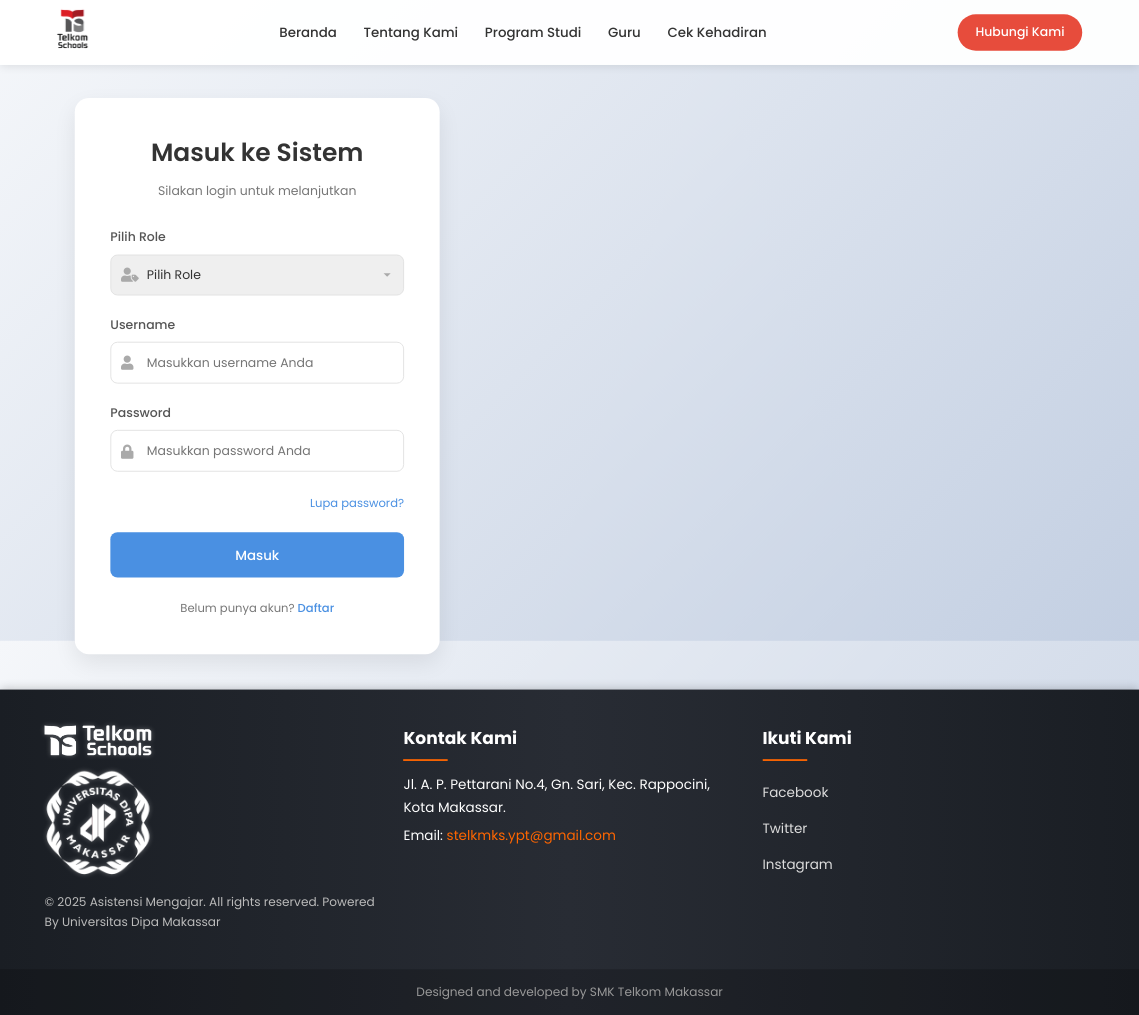
Repository: filperan/absensi-telkom
Page: /login
The author's editor kept a copy of each file at every save. The page is drawn from the files as they stood at one save, then again after the next save.
The browser window is 1280 px wide. The pictures show the whole page, at 89% of full size.
The project was rebuilt for these pictures with package versions that can differ from the ones it lists, and the page was loaded fresh each time. Also part of the build but not shown: src/components/HeroSection.css, src/components/HeroSection.js, src/components/NotFound.js, src/components/LoadingScreen.css.

Above is the page before, as saved 2025-02-18 21:22:17.

After the next save:
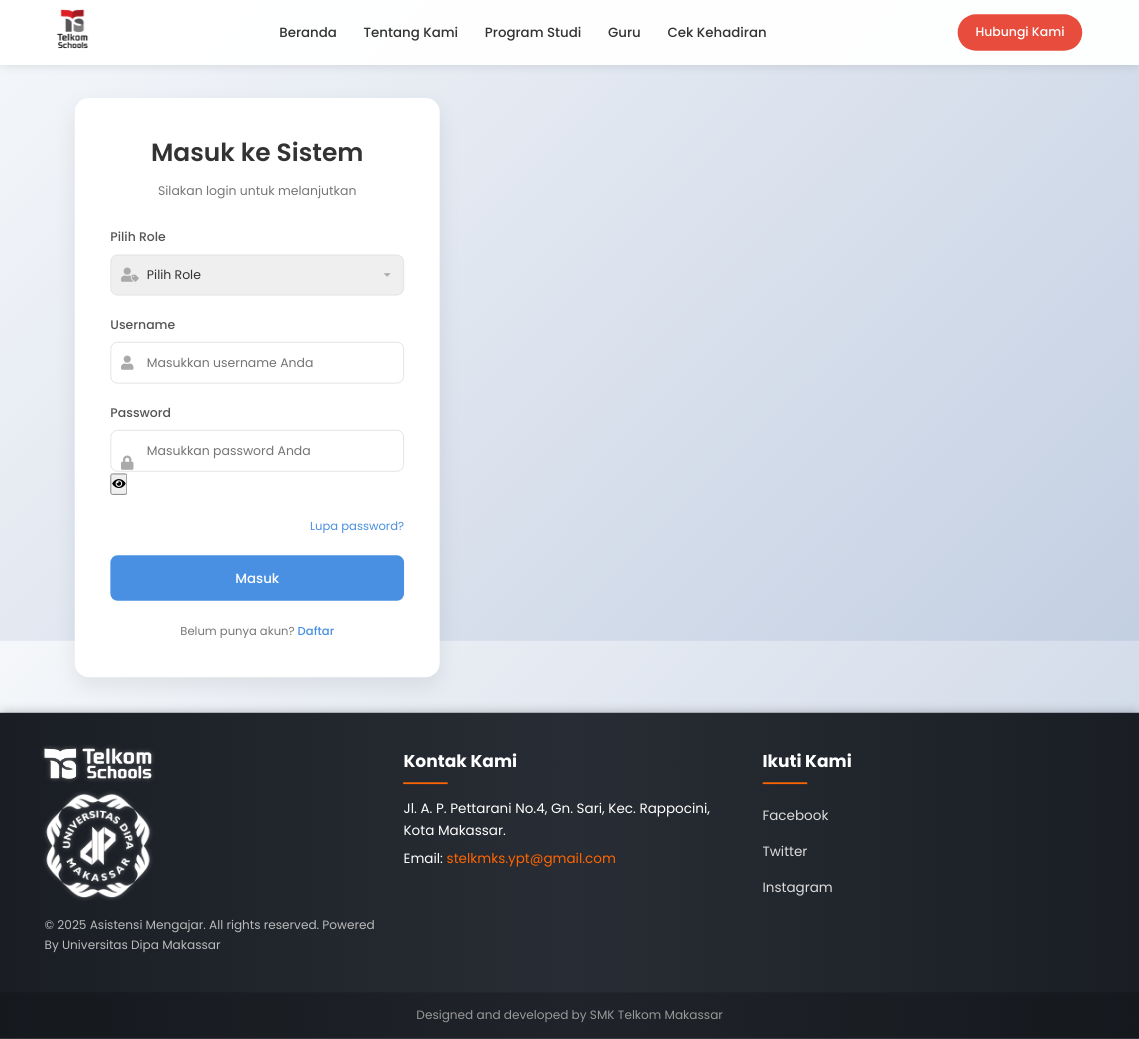
Saved 4 min 38 s later.
--- a/src/components/Login.js
+++ b/src/components/Login.js
@@ -1,31 +1,70 @@
-import React, { useState } from 'react';
+import React, { useState, useEffect } from 'react';
 import { ToastContainer, toast } from 'react-toastify';
 import 'react-toastify/dist/ReactToastify.css';
 import './login.css';
 
 const Login = () => {
-  const [role, setRole] = useState('');
-  const [username, setUsername] = useState('');
-  const [password, setPassword] = useState('');
+  // State management
+  const [formData, setFormData] = useState({
+    role: '',
+    username: '',
+    password: ''
+  });
   const [loading, setLoading] = useState(false);
+  const [errors, setErrors] = useState({});
+  const [showPassword, setShowPassword] = useState(false);
 
-  const handleRoleChange = (event) => {
-    setRole(event.target.value);
+  // Handle input changes
+  const handleChange = (e) => {
+    const { id, value } = e.target;
+    setFormData(prev => ({
+      ...prev,
+      [id]: value
+    }));
+
+    // Clear error when user starts typing
+    if (errors[id]) {
+      setErrors(prev => ({
+        ...prev,
+        [id]: ''
+      }));
+    }
   };
 
-  const handleUsernameChange = (event) => {
-    setUsername(event.target.value);
+  // Validate form
+  const validateForm = () => {
+    const newErrors = {};
+
+    if (!formData.role) {
+      newErrors.role = 'Silakan pilih role terlebih dahulu';
+    }
+
+    if (!formData.username.trim()) {
+      newErrors.username = 'Username tidak boleh kosong';
+    } else if (formData.username.length < 3) {
+      newErrors.username = 'Username minimal 3 karakter';
+    }
+
+    if (!formData.password) {
+      newErrors.password = 'Password tidak boleh kosong';
+    } else if (formData.password.length < 6) {
+      newErrors.password = 'Password minimal 6 karakter';
+    }
+
+    setErrors(newErrors);
+    return Object.keys(newErrors).length === 0;
   };
 
-  const handlePasswordChange = (event) => {
-    setPassword(event.target.value);
-  };
-
+  // Submit handler
   const handleSubmit = (event) => {
     event.preventDefault();
 
-    if (!role) {
-      toast.error('Silakan pilih role terlebih dahulu!');
+    if (!validateForm()) {
+      // Show toast for validation errors
+      const firstError = Object.values(errors)[0];
+      if (firstError) {
+        toast.error(firstError);
+      }
       return;
     }
 
@@ -33,9 +72,22 @@
 
     // Simulasi request ke server
     setTimeout(() => {
-      toast.success(`Login berhasil sebagai ${role}!`);
+      const success = Math.random() > 0.2; // 80% success rate for demo
+
+      if (success) {
+        toast.success(`Login berhasil sebagai ${formData.role}!`);
+        // Here you would normally redirect or set authentication state
+      } else {
+        toast.error('Username atau password salah. Silakan coba lagi.');
+      }
+
       setLoading(false);
     }, 1500);
+  };
+
+  // Toggle password visibility
+  const togglePasswordVisibility = () => {
+    setShowPassword(prev => !prev);
   };
 
   return (
@@ -47,16 +99,15 @@
         </div>
 
         <form onSubmit={handleSubmit} className="login-form">
-          <div className="form-group">
+          <div className={`form-group ${errors.role ? 'has-error' : ''}`}>
             <label htmlFor="role">Pilih Role</label>
             <div className="input-container">
               <i className="icon fas fa-user-tag"></i>
               <select
                 id="role"
                 className="form-control"
-                value={role}
-                onChange={handleRoleChange}
-                required
+                value={formData.role}
+                onChange={handleChange}
               >
                 <option value="">Pilih Role</option>
                 <option value="siswa">Siswa</option>
@@ -65,9 +116,10 @@
                 <option value="admin">Admin</option>
               </select>
             </div>
+            {errors.role && <span className="error-message">{errors.role}</span>}
           </div>
 
-          <div className="form-group">
+          <div className={`form-group ${errors.username ? 'has-error' : ''}`}>
             <label htmlFor="username">Username</label>
             <div className="input-container">
               <i className="icon fas fa-user"></i>
@@ -75,32 +127,40 @@
                 id="username"
                 type="text"
                 className="form-control"
-                value={username}
-                onChange={handleUsernameChange}
+                value={formData.username}
+                onChange={handleChange}
                 placeholder="Masukkan username Anda"
-                required
               />
             </div>
+            {errors.username && <span className="error-message">{errors.username}</span>}
           </div>
 
-          <div className="form-group">
+          <div className={`form-group ${errors.password ? 'has-error' : ''}`}>
             <label htmlFor="password">Password</label>
             <div className="input-container">
               <i className="icon fas fa-lock"></i>
               <input
                 id="password"
-                type="password"
+                type={showPassword ? "text" : "password"}
                 className="form-control"
-                value={password}
-                onChange={handlePasswordChange}
+                value={formData.password}
+                onChange={handleChange}
                 placeholder="Masukkan password Anda"
-                required
               />
+              <button
+                type="button"
+                className="password-toggle"
+                onClick={togglePasswordVisibility}
+                tabIndex="-1"
+              >
+                <i className={`fas ${showPassword ? 'fa-eye-slash' : 'fa-eye'}`}></i>
+              </button>
             </div>
+            {errors.password && <span className="error-message">{errors.password}</span>}
           </div>
 
           <div className="text-right">
-            <a href="#" className="forgot-password">Lupa password?</a>
+            <a href="#reset-password" className="forgot-password">Lupa password?</a>
           </div>
 
           <button
@@ -117,10 +177,21 @@
         </form>
 
         <div className="login-footer">
-          <p>Belum punya akun? <a href="#">Daftar</a></p>
+          <p>Belum punya akun? <a href="#register">Daftar</a></p>
         </div>
       </div>
-      <ToastContainer position="top-right" autoClose={3000} hideProgressBar={false} />
+
+      <ToastContainer
+        position="top-right"
+        autoClose={3000}
+        hideProgressBar={false}
+        newestOnTop
+        closeOnClick
+        rtl={false}
+        pauseOnFocusLoss
+        draggable
+        pauseOnHover
+      />
     </div>
   );
 };
